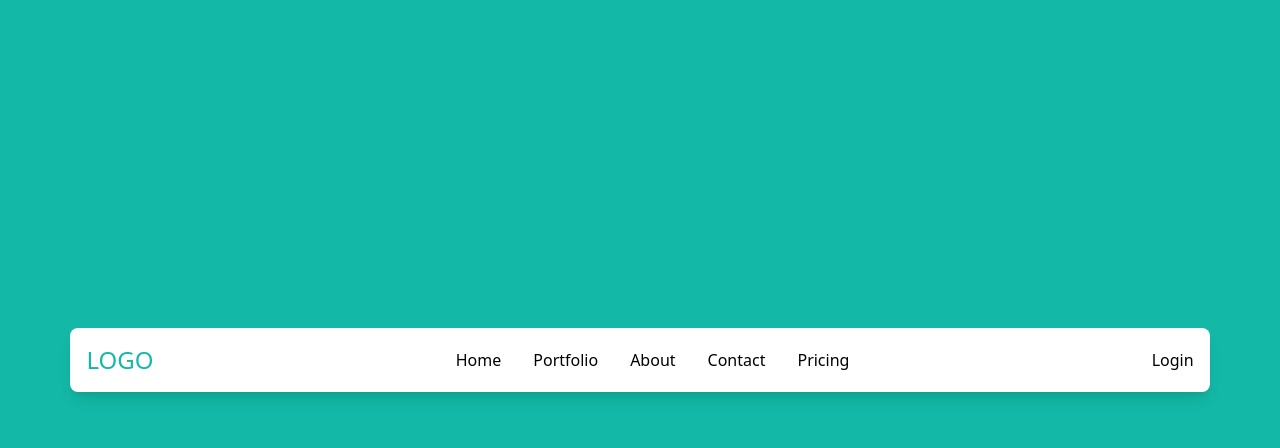
Repository: DevAntonioRogers/react-modal-with-dialog
Page: /
An editor plug-in stored every save of this project. The page is shown before and after the next save, followed by the edit.
The browser window is 1280 px wide. The pictures show the whole page.
The project was rebuilt for these pictures with package versions that can differ from the ones it lists, and the page was loaded fresh each time. Also part of the build but not shown: vite.config.ts.

Above is the page before, as saved 2023-05-10 08:47:01.

### src/App.tsx
function App() {
  return (
    <div className="flex items-center justify-center w-screen h-screen bg-teal-500">
      <nav className="flex justify-between items-center p-4 w-[89%] bg-white m-auto rounded-lg shadow-lg">
        <div>
          <h1 className="text-2xl text-teal-500">LOGO</h1>
        </div>

        <ul className="flex items-center gap-8">
          <li>
            <a href="#">Home</a>
          </li>
          <li>
            <a href="#">Portfolio</a>
          </li>
          <li>
            <a href="#">About</a>
          </li>
          <li>
            <a href="#">Contact</a>
          </li>
          <li>
            <a href="#">Pricing</a>
          </li>
        </ul>

        <div>
          <button>Login</button>
        </div>
      </nav>
    </div>
  );
}

export default App;

Loaded but not shown: index.html (common file); src/main.tsx (common file); src/index.css (common file); tailwind.config.js (common file)

After the next save:
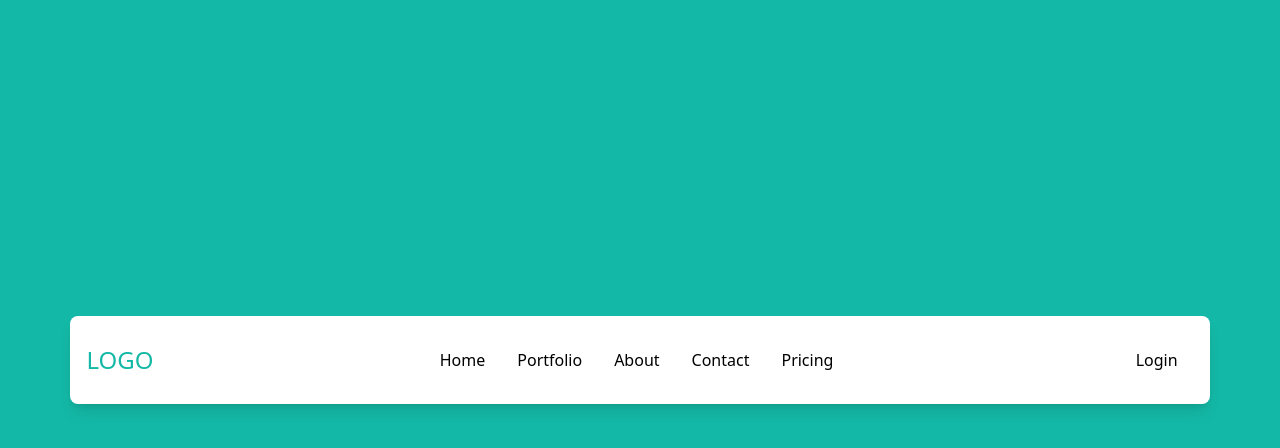
Saved 17 s later.
--- a/src/App.tsx
+++ b/src/App.tsx
@@ -25,7 +25,7 @@ function App() {
         </ul>
 
         <div>
-          <button>Login</button>
+          <button className="p-4">Login</button>
         </div>
       </nav>
     </div>
